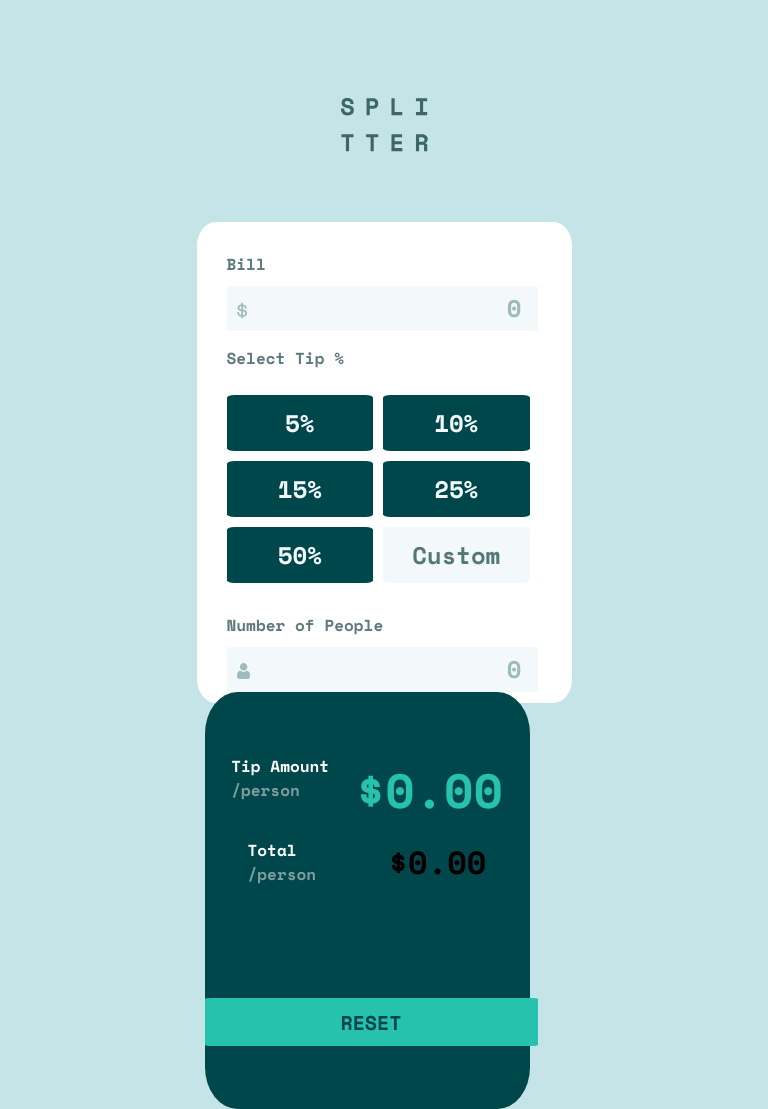
Repository: Arkitecth/tip-calculator
Page: index.html
The author's editor kept a copy of each file at every save. The page is drawn from the files as they stood at one save, then again after the next save.
The browser window is 768 px wide. The pictures show the whole page.

Above is the page before, as saved 2023-06-09 19:58:47.

### index.html
<!DOCTYPE html>
<html lang="en">
<head>
  <meta charset="UTF-8">
  <meta name="viewport" content="width=device-width, initial-scale=1.0"> <!-- displays site properly based on user's device -->

  <link rel="icon" type="image/png" sizes="32x32" href="./images/favicon-32x32.png">
  <link rel="stylesheet" href="styles.css">
  <title>Tip calculator app</title>

</head>
<body>

  <main>
    <img src="images/logo.svg" alt="logo">
      <div class="app">
        <div class="entry">
          <div class="bill-entry">
            <p>Bill</p>
            <img src="images/icon-dollar.svg" alt="dollar sign"><input class="entry-input" type="text" name="Bill" id="Bill" placeholder="0">
          </div>

          <div class="tip-entry">
            <p>Select Tip %</p>
            <input type="button" value="5%">
            <input type="button" value="10%">
            <input type="button" value="15%">
            <input type="button" value="25%">
            <input type="button" value="50%">
            <input class="custom" type="button" value="Custom">
          </div>

          <div class="people-entry">
            <p>Number of People</p>
            <img src="images/icon-person.svg" alt="person sign"><input class="entry-input" type="text" name="people-entry" id="people-entry" placeholder="0">
          </div>

        </div>

        <div class="result">
          <div class="tip">
            <p class="title">Tip Amount
              <br>
              <span class="grey-color">/person</span>
            </p>
            <h1 class="amount">$0.00</h1>

          </div>

          <div class="total">
            <p class="title">Total
              <br>
              <span class="grey-color">/person</span>
            </p>
            <h1>$0.00</h1>
          </div>
          <button class="reset-button">Reset</button>
        </div>


  </div>
  </main>





</body>
</html>

### styles.css
@import url('https://fonts.googleapis.com/css2?family=Space+Mono:wght@700&display=swap');
* {
    margin: 0;
    padding: 0;
    font-family: 'Space Mono', monospace;
}

/* Main Styling */
body {
    background-color: #C5E4E7;

}

main {
    display: flex;
    flex-direction: column;
    justify-content: center;
    align-items: center;
    align-content: center;
    height: 100vh;
    gap: 70px;
}

/* App Styling */

.app {
    width: 920px;
    height: 481px;
    background-color: white;
    border-radius: 5%;
    display: grid;
    grid-template-columns: 1fr 1fr;
}

/* Entry Styling */

.entry {
    display: grid;
    padding-top: 30px;
    grid-template-rows: auto auto auto;
    padding-left: 30px;
    justify-content: center;
    color: #5E7A7D;
}

.entry p {
    margin-bottom: 10px;
}

.entry-input {
    background-color:#f3F9FA;
    width: 379px;
    height: 45px;
    border: none;
    border-radius: 2%;
    text-align: right;
    font-size: 1.5rem;
    color: #00474B;

}

.entry-input:focus {
    outline: none;
    border: 1px solid #26C2AE;

}

.entry-input::placeholder {
    text-align: right;
    font-size: 1.5rem;
    color:#00474B;
    opacity: 0.35;
    padding: 1rem;

}

/* Bill Styling */

.bill-entry {
    position: relative;
}

.bill-entry img {
    position: absolute;
    top: 50px;
    left: 10px;
}

/* Tip Entry */
.tip-entry p {
    padding: 10px;
}
.tip-entry input[type="button"] {
    width: 117px;
    padding: 10px;
    margin-bottom: 10px;
    background-color:#00474B;
    color: #f3F9FA;
    font-size: 1.5rem;
    border: none;
    border-radius: 5%;
    font-weight: 700;
}

.tip-entry input[type="button"]:active,.tip-entry input[type="button"]:hover {
    background-color: #26C2AE;
}
.tip-entry input[type="button"]:active {
    transform: translateY(4px);
}

.tip-entry input.custom {
    background-color: #F3F9FA;
    color:#547878;
}

/* People Entry Styling */
.people-entry {
    position: relative;
}
.people-entry img {
    position: absolute;
    top: 50px;
    left: 10px;
}

/* Result Styling */
.result {
    display: flex;
    flex-direction: column;
    background-color: #00474B;
    align-content: center;
    justify-content: space-evenly;
    border-radius: 10%;
    margin-top: 30px;
    width: 413px;
    height: 417px;
}

/* Tip Syling */
.tip {
    display: flex;
    flex-direction: row;
    justify-content: space-evenly;
    align-content: center;

}

.title {
    color: #FFFFFF;
    width: 98px;
}

.grey-color {
    color: #7F9D9F;
}

.amount {
    color: #26C2AE;
    font-size: 48px;
}

.total {
    display: flex;
    justify-content: space-evenly;
    transform: translateY(-50px);
}

/* Rest Button */
.reset-button {
    width: 333px;
    height: 48px;
    margin: 0 auto;
    text-transform: uppercase;
    font-size: 20px;
    background-color: #26C2AE;
    color: #00474B;
    border: none;
    border-radius: 2%;
}

.reset-button:hover,
.reset-button:active{
    background-color: #9FE8DF
}
.reset-button:active{
    transform: translateY(4px);
}

@media screen and (max-width:956px) {

    .main {
        justify-content: center;
    }
    .app {
        display: grid;
        grid-template-rows: 1fr 1fr;
        width: 375px;
    }
    .entry-input {
        width: 311px;
    }
    .tip-entry p {
        padding: 15px 0;
    }
    .tip-entry input[type="button"]  {
        width: 146.63px;
    }
    .people-entry p {
        padding-top: 20px;
    }

    .people-entry img {
        transform: translateY(20px);
    }
    .result {
        grid-row: 2;
        width: 325px;
        margin: auto;
    }
}

After the next save:
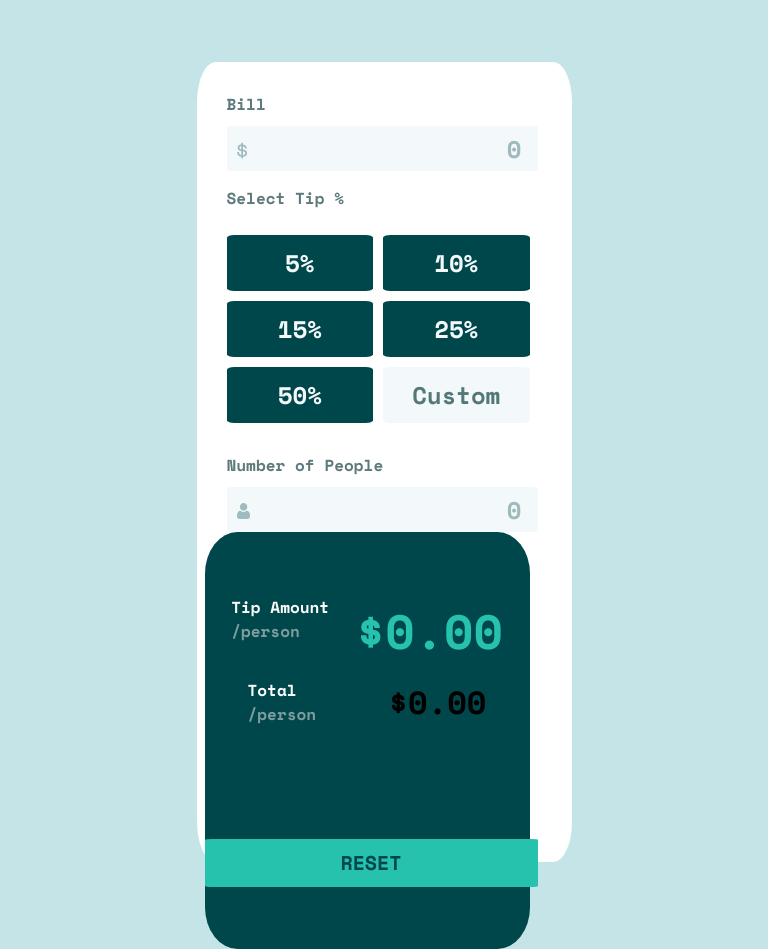
Saved 27 s later.
--- a/styles.css
+++ b/styles.css
@@ -196,6 +196,7 @@
         display: grid;
         grid-template-rows: 1fr 1fr;
         width: 375px;
+        height: 100%;
     }
     .entry-input {
         width: 311px;
@@ -216,6 +217,6 @@
     .result {
         grid-row: 2;
         width: 325px;
-        margin: auto;
-    }
-}
+        margin: 0 auto;
+    }
+}
